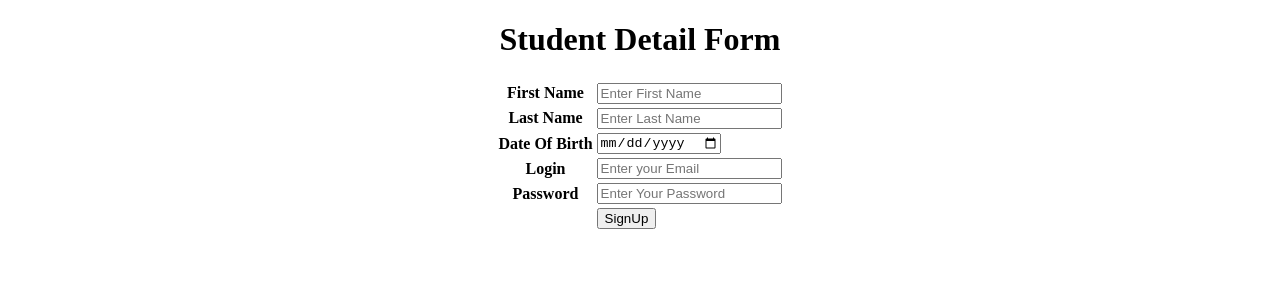
Repository: Abhi070717/Advance-Java
Page: http://localhost/jsp-servlet/UserForm.jsp
These files come from the project's save history. The page is drawn as it stood at one moment and after the next save; the edit follows.
The browser window is 1280 px wide. The pictures show the whole page.
The page is served by Tomcat 9.

Above is the page before, as saved 2026-01-21 11:06:25.

After the next save:
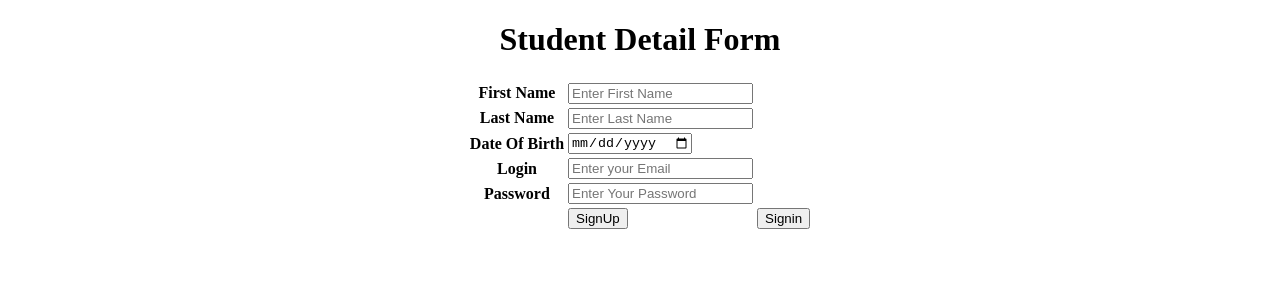
Saved 36 s later.
--- a/Jsp-servlet/jsp-servlet/WebContent/UserForm.jsp
+++ b/Jsp-servlet/jsp-servlet/WebContent/UserForm.jsp
@@ -38,7 +38,7 @@
 						placeholder="Enter Your Password"></td>
 				</tr>
 					<th></th>
-					<td><input type="Submit" name="operation" value="SignUp"></td>
+					<td><input type="Submit" name="operation" value="SignUp"></td><td><input type="Submit" name="operation" value="Signin"></td>
 				</tr>
 			</table>
 
